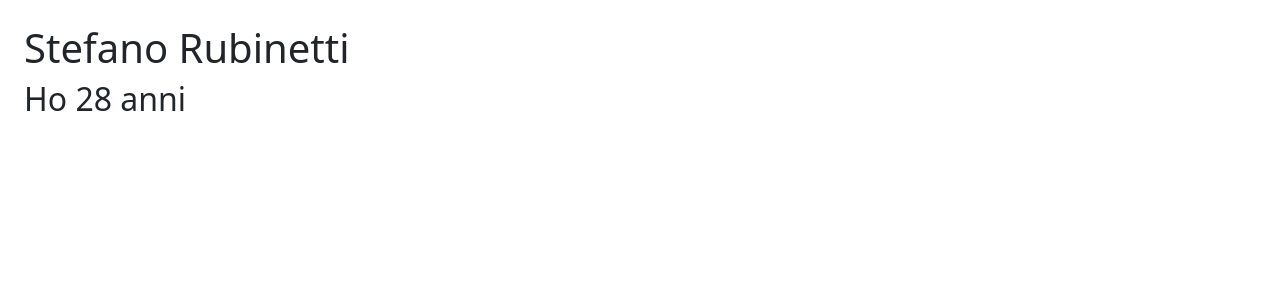
Repository: rubinettiStefano/spieg
Page: /
The author's editor kept a copy of each file at every save. The page is drawn from the files as they stood at one save, then again after a run of saves.
The browser window is 1280 px wide. The pictures show the whole page.
The project was rebuilt for these pictures with package versions that can differ from the ones it lists, and the page was loaded fresh each time. Also part of the build but not shown: src/Subject.jsx.

Above is the page before, as saved 2024-03-27 11:55:53.

After the next 2 saves:
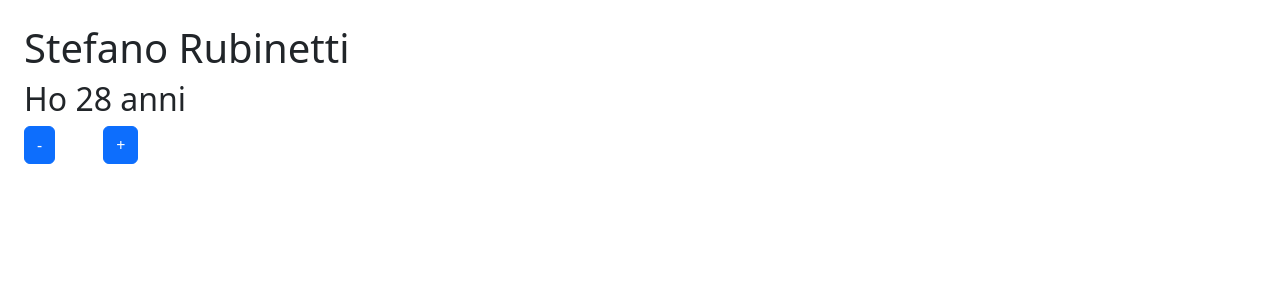
The 2 saves are shown as one change because 1 did not build or start.
The last was saved 41 s later.
--- a/src/Stefano.jsx
+++ b/src/Stefano.jsx
@@ -10,12 +10,27 @@ export default function Stefano()
         }
     );
 
+    const handleAgeChange = (e)=>
+    {
+        let elementName = e.target.name;
+
+        if(elementName=="bottoncino-" && grade!=min)
+            setGrade(grade-1);
+
+        if(elementName=="bottoncino+" && grade!=max)
+            setGrade(grade+1);
+    }
+
+
 
     return(
         <div className="p-4">
             <h1>{me.name} {me.surname}</h1>
 
             <h2>Ho {me.age} anni</h2>
+
+            <button name="bottoncino-" className="btn btn-primary" onClick={handleAgeChange}>-</button>
+            <button name="bottoncino+" className="btn btn-primary ms-5"  onClick={handleAgeChange}>+</button>
         </div>
 
     )
